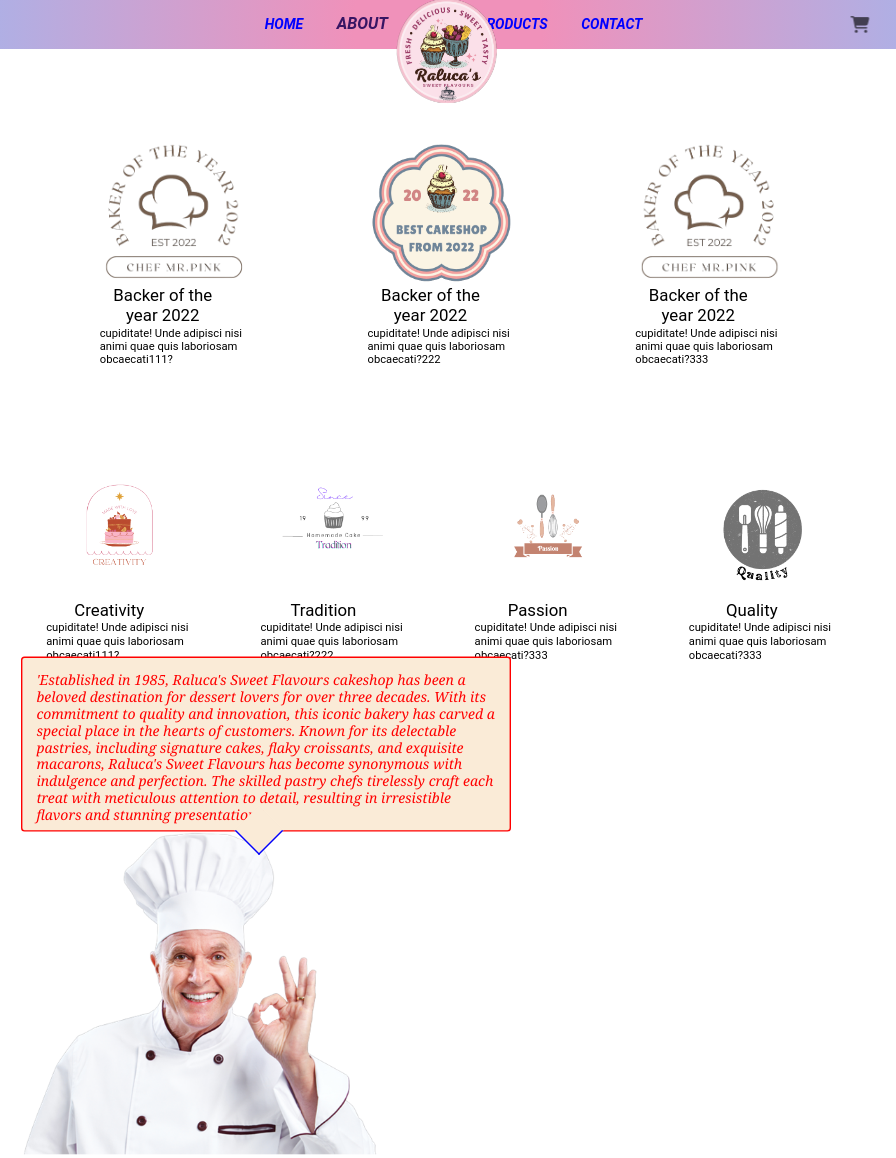
Repository: RalucaZota/cakeshop
Page: /about
An editor plug-in stored every save of this project. The page is shown before and after the next save, followed by the edit.
The browser window is 1280 px wide. The pictures show the part of the page from y = 0 to 1920 px (the page is 1654 px tall before and 3181 px after), at 70% of full size.
The project was rebuilt for these pictures with package versions that can differ from the ones it lists, and the page was loaded fresh each time. Also part of the build but not shown: vite.config.js, src/components/AddtoCartButton.vue, src/components/FavoriteProduct.vue, src/components/ProductItem.vue, src/components/Testimonials.vue, src/views/Home.vue, src/views/Products.vue, src/views/Contact.vue.

Above is the page before, as saved 2023-06-28 08:26:47.

After the next save:
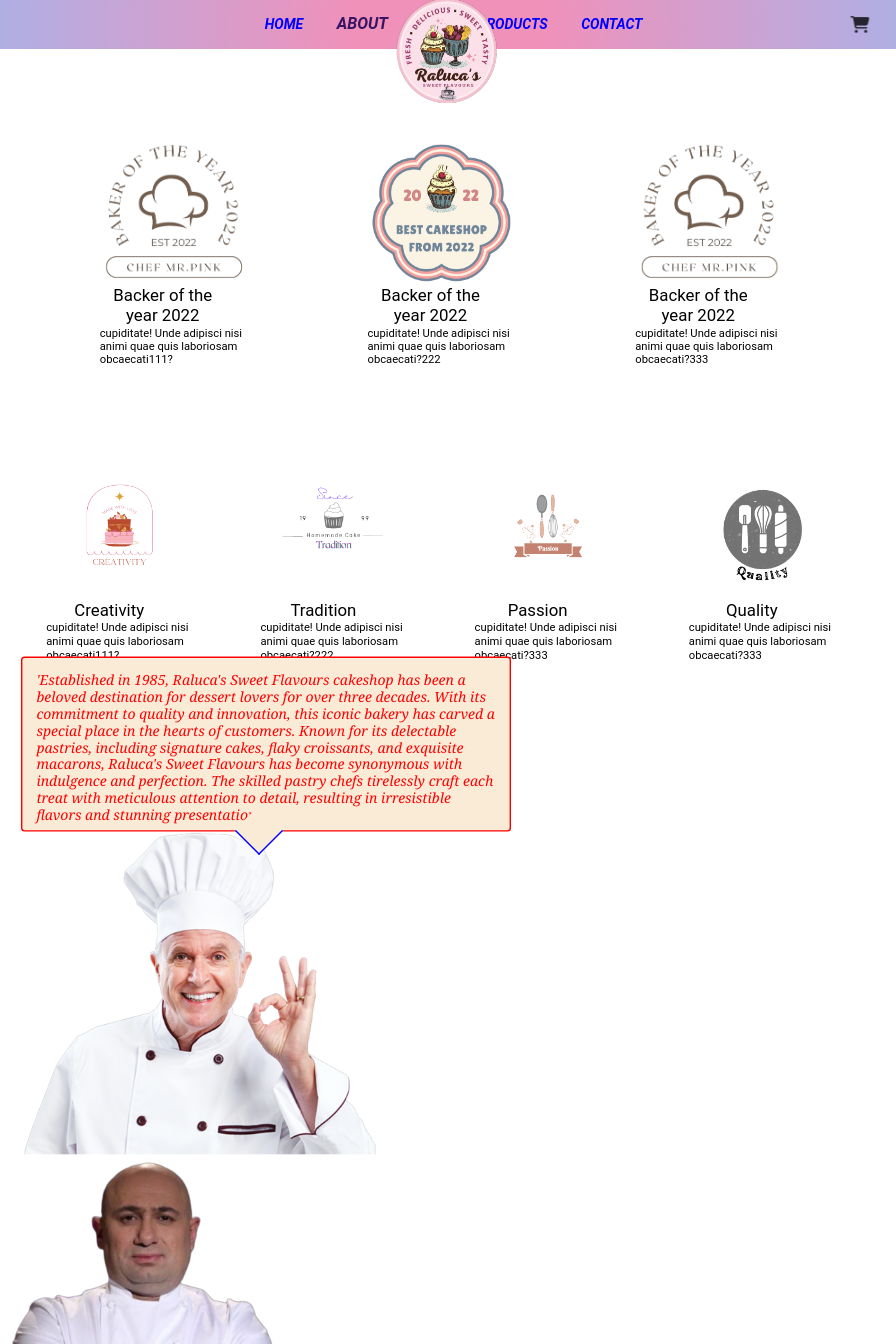
Saved 25 s later.
--- a/src/views/About.vue
+++ b/src/views/About.vue
@@ -25,9 +25,11 @@
         </universal-card>
       </div>
       <comment-box/>
+      <staff-component/>
   </div>
 </template>
 <script>
+import StaffComponent from '../components/StaffComponent.vue'
 import CommentBox from '../components/CommentBox.vue'
 import { momentsInfo, knowBetterInfo } from '../data.js'
 import UniversalCard from '../components/UniversalCard.vue'
@@ -35,7 +37,8 @@ export default {
   name: 'about',
   components: {
     UniversalCard,
-    CommentBox
+    CommentBox,
+    StaffComponent
   },
   data() {
     return {
